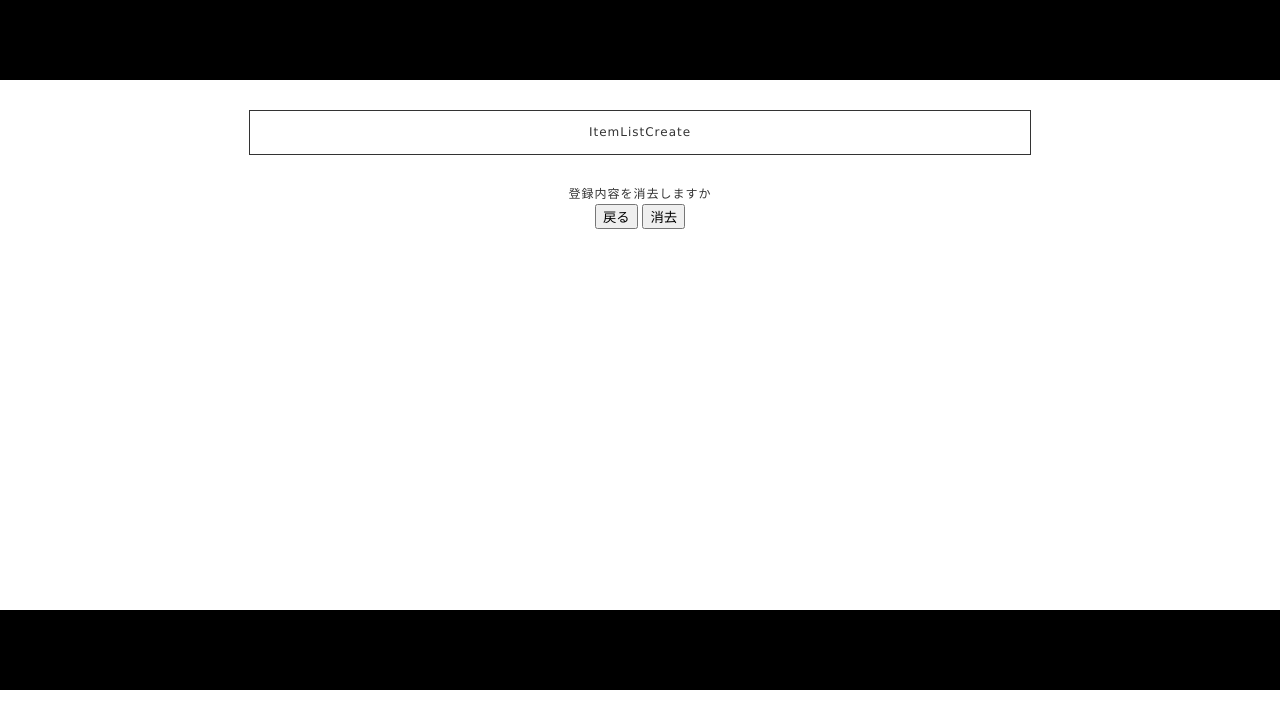
Repository: koyaman11/test
Page: http://localhost/Ecsite/ItemListDeleteConfirm.jsp
These files come from the project's save history. The page is drawn as it stood at one moment and after the next save; the edit follows.
The browser window is 1280 px wide. The pictures show the whole page.
The page is served by Tomcat 9. Nobody is signed in. The application's start-up code is not run. Other server files are loaded and not shown.

Above is the page before, as saved 2018-10-31 01:20:56.

### Ecsite/WebContent/ItemListDeleteConfirm.jsp
<%@ page language="java" contentType="text/html; charset=UTF-8"
    pageEncoding="UTF-8"%>
    <%@ taglib prefix="s" uri="/struts-tags" %>
<!DOCTYPE html>
<html>
<head>
<meta http-equiv="Content-Type" content="text/html; charset=UTF-8"/>
<meta http-equiv="Content-Style-Type" content="text/css"/>
<meta http-equiv="Content-Script-Type" content="text/javascript"/>
<meta http-equiv="imagetoolbar" content="no">
<meta name="description" content=""/>
<meta name="keywords" content=""/>
<title>itemListCreate画面</title>

<style type="text/css">
body{
margin:0;
padding:0;
line-height:1.6;
letter-spacing:1px;
font-family:Verdana,Helvetica,sans-serif;
font-size:12px;
color:#333;
backgrount:#fff;
}

table{
text-align:center;
margin:0 auto;
}

#top{
width:780px;
margin:30px auto;
border:1px solid #333;
}

#header{
width:100%;
height:80px;
background-color:black;
}

#main{
width:100%;
height:500px;
text-align:center;
}

#footer{
width:100%;
height:80px;
background-color:black;
clear:both;
}

#text-center{
displey:inline-block;
text-align:center;
}

<script type="text/javascript">
  function submitAction(url){
   $('form').attr('action',url);
   $('form').submit();
}
</script>

</style>
</head>
<body>

<div id="header">
<div id="pr">
</div>
</div>
<div id="main">
<div id="top">
<p>ItemListCreate</p>
</div>

<form>
<tr>
<td>登録内容を消去しますか<br></td>
<td><input type="button" value="戻る" onclick="submitAction('ItemListAction')"/></td>
<td><input type="button" value="消去" onclick="submitAction('ItemListCreateAction')"/></td>
</tr>
</form>
</div>

<div id="footer">
<div id="pr"></div>
</div>
</body>
</html>

After the next save:
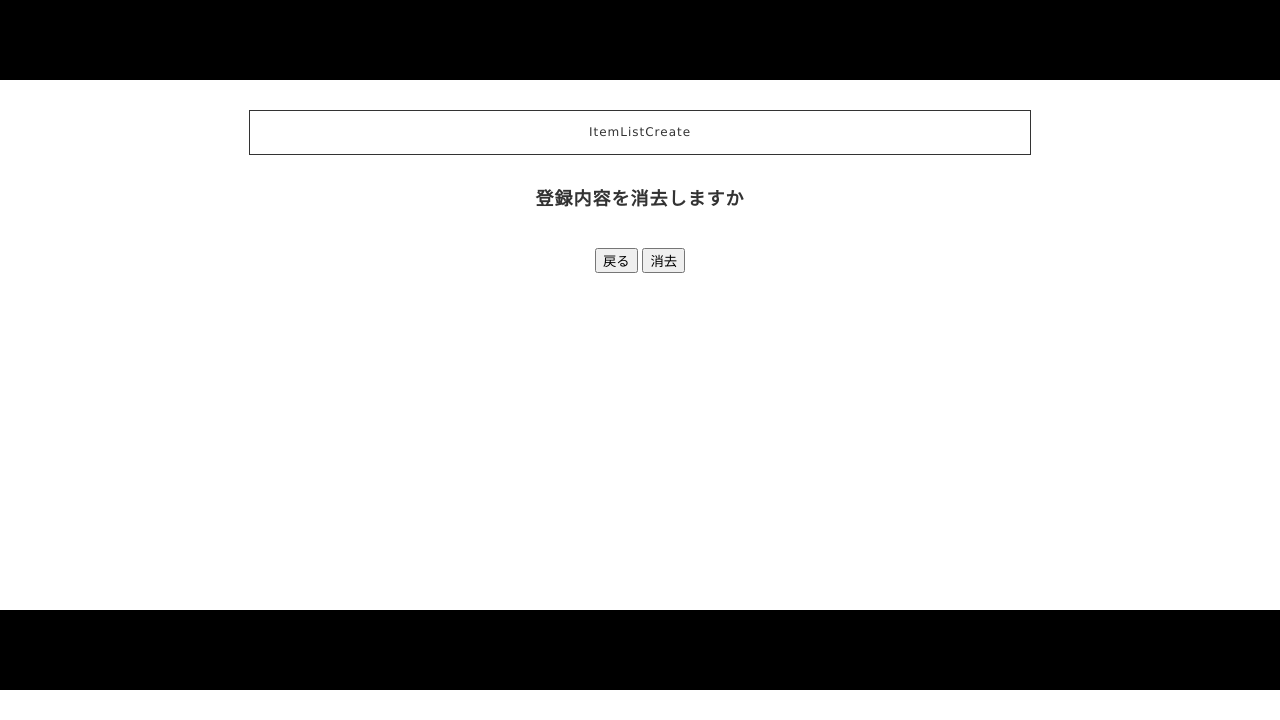
Saved 42 s later.
--- a/Ecsite/WebContent/ItemListDeleteConfirm.jsp
+++ b/Ecsite/WebContent/ItemListDeleteConfirm.jsp
@@ -81,7 +81,7 @@
 
 <form>
 <tr>
-<td>登録内容を消去しますか<br></td>
+<td><h2>登録内容を消去しますか</h2><br></td>
 <td><input type="button" value="戻る" onclick="submitAction('ItemListAction')"/></td>
 <td><input type="button" value="消去" onclick="submitAction('ItemListCreateAction')"/></td>
 </tr>
